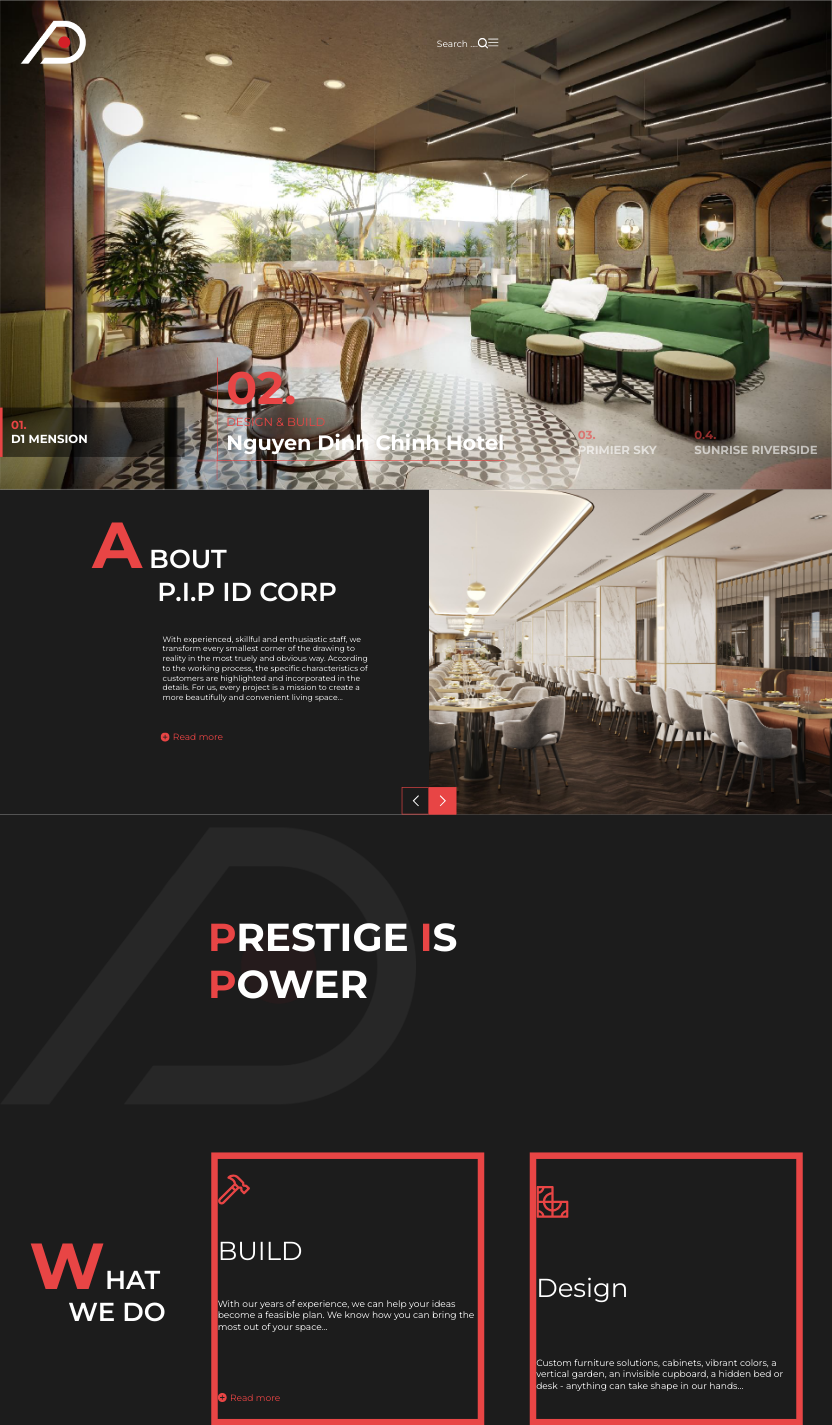
Repository: huudang2840/pipHomePage
Page: index.html
An editor plug-in stored every save of this project. The page is shown before and after the next save, followed by the edit.
The browser window is 1280 px wide. The pictures show the whole page, at 65% of full size.

Above is the page before, as saved 2023-03-21 15:17:20.

### index.html
<!DOCTYPE html>
<html lang="en">
  <head>
    <meta charset="UTF-8" />
    <meta http-equiv="X-UA-Compatible" content="IE=edge" />
    <meta name="viewport" content="width=device-width, initial-scale=1.0" />
    <title>Pip Home Page</title>

    <!-- CSS -->
    <link rel="stylesheet" href="style/style.css" />

    <!-- Fonts -->
    <link rel="preconnect" href="https://fonts.googleapis.com" />
    <link rel="preconnect" href="https://fonts.gstatic.com" crossorigin />
    <link
      href="https://fonts.googleapis.com/css2?family=Montserrat:wght@400;600;700&display=swap"
      rel="stylesheet"
    />
  </head>
  <body>
    <!-- Header -->
    <header class="header">
      <div class="header__img">
        <img src="/img/logo.png" alt="" />
      </div>
      <div class="header__option">
        <div class="option__search">
          <p>Search ....</p>
          <svg
            width="16"
            height="17"
            viewBox="0 0 16 17"
            fill="none"
            xmlns="http://www.w3.org/2000/svg"
          >
            <path
              d="M15.7189 14.9442L12.6438 11.8691C13.5758 10.6491 14.0869 9.16936 14.0871 7.60786C14.0871 5.72609 13.3542 3.95682 12.0234 2.62623C10.6928 1.29564 8.92376 0.562744 7.04176 0.562744C5.15999 0.562744 3.39072 1.29564 2.06013 2.62623C-0.68671 5.3733 -0.68671 9.84287 2.06013 12.5895C3.39072 13.9203 5.15999 14.6532 7.04176 14.6532C8.60326 14.653 10.0831 14.1419 11.3031 13.2099L14.3781 16.285C14.563 16.4701 14.8059 16.5627 15.0485 16.5627C15.2911 16.5627 15.5339 16.4701 15.7189 16.285C16.0892 15.9148 16.0892 15.3143 15.7189 14.9442ZM3.40091 11.2487C1.39344 9.24124 1.39368 5.97471 3.40091 3.96701C4.37339 2.99476 5.66649 2.4591 7.04176 2.4591C8.41726 2.4591 9.71012 2.99476 10.6826 3.96701C11.6551 4.93949 12.1908 6.23258 12.1908 7.60786C12.1908 8.98336 11.6551 10.2762 10.6826 11.2487C9.71012 12.2212 8.41726 12.7568 7.04176 12.7568C5.66649 12.7568 4.37339 12.2212 3.40091 11.2487Z"
              fill="white"
            />
          </svg>
        </div>
        <div class="option__lang"></div>
        <div class="option__menu">
          <svg
            width="16"
            height="13"
            viewBox="0 0 16 13"
            fill="none"
            xmlns="http://www.w3.org/2000/svg"
          >
            <path
              d="M16 10.9167V12.25H0V10.9167H16ZM16 5.58333V6.91667H0V5.58333H16ZM16 0.25V1.58333H0V0.25H16Z"
              fill="white"
            />
          </svg>
        </div>
        <div class="option__share"></div>
      </div>
    </header>

    <!-- Main -->
    <section>
      <div class="intro">
        <div class="intro__background">
          <img src="/img/page1.png" alt="" srcset="" id="masked" />
        </div>
        <div class="intro__list">
          <div class="list__left">
            <div>
              <span>
                <p>01.</p>
                <p>D1 Mension</p>
              </span>
            </div>
            <div>
              <span id="active_intro">
                <h1>02.</h1>
                <p>Design & build</p>
                <h1>Nguyen Dinh Chinh Hotel</h1>
                <div class="border__box"></div>
              </span>
            </div>
          </div>

          <div class="list__right">
            <div>
              <span>
                <p>03.</p>
                <p>Primier Sky</p>
              </span>
            </div>
            <div>
              <span>
                <p>0.4.</p>
                <p>Sunrise Riverside</p>
              </span>
            </div>
          </div>
        </div>
      </div>
      <div class="about">
        <div class="about__left">
          <span>
            <span>
              <h1><span class="text-red">A</span> bout</h1>
            </span>
            <h1 class="ml-100">P.I.P ID CORP</h1>
          </span>
          <span class="about__left__textaera">
            <p>
              With experienced, skillful and enthusiastic staff, we transform every smallest corner
              of the drawing to reality in the most truely and obvious way. According to the working
              process, the specific characteristics of customers are highlighted and incorporated in
              the details. For us, every project is a mission to create a more beautifully and
              convenient living space…
            </p>
          </span>
          <div class="read-more">
            <svg
              width="14"
              height="14"
              viewBox="0 0 14 14"
              fill="none"
              xmlns="http://www.w3.org/2000/svg"
            >
              <path
                d="M7 0C3.14005 0 0 3.14005 0 7C0 10.86 3.14005 14 7 14C10.86 14 14 10.86 14 7C14 3.14005 10.86 0 7 0ZM10.0625 7.5833H7.5833V10.0625C7.5833 10.3845 7.32204 10.6458 7 10.6458C6.67796 10.6458 6.4167 10.3845 6.4167 10.0625V7.5833H3.9375C3.61546 7.5833 3.3542 7.32204 3.3542 7C3.3542 6.67796 3.61546 6.4167 3.9375 6.4167H6.4167V3.9375C6.4167 3.61546 6.67796 3.3542 7 3.3542C7.32204 3.3542 7.5833 3.61546 7.5833 3.9375V6.4167H10.0625C10.3845 6.4167 10.6458 6.67796 10.6458 7C10.6458 7.32204 10.3845 7.5833 10.0625 7.5833Z"
                fill="#E84545"
              />
            </svg>
            <p>Read more</p>
          </div>
          <div class="arrow_prev">
            <svg
              width="11"
              height="18"
              viewBox="0 0 11 18"
              fill="none"
              xmlns="http://www.w3.org/2000/svg"
            >
              <path d="M10 17L2 9L10 1" stroke="white" stroke-width="1.6" />
            </svg>
          </div>
        </div>
        <div class="about__right">
          <img src="/img/about.jpeg" alt="" />
          <div class="arrow_next">
            <svg
              width="11"
              height="18"
              viewBox="0 0 11 18"
              fill="none"
              xmlns="http://www.w3.org/2000/svg"
            >
              <path d="M1 1L9 9L1 17" stroke="white" stroke-width="1.6" />
            </svg>
          </div>
        </div>
      </div>
      <div class="wedo">
        <div class="wedo__top">
          <div class="wedo__top__logo">
            <img src="/img/logo2.png" alt="" srcset="" />
          </div>
          <h2 class="wedo__top__text"><span>P</span>restige <span>i</span>s <span>P</span>ower</h2>
        </div>
        <div class="wedo__bottom">
          <span>
            <h1 class="wedo__bottom__text"><span class="text-red">W</span>hat</h1>
            <h1 class="wedo__bottom__text">We do</h1>
          </span>

          <div class="wedo__bottom__item selected">
            <!-- <img src="/img/wedo1.png" alt="" /> -->
            <svg
              width="50"
              height="48"
              viewBox="0 0 50 48"
              fill="none"
              xmlns="http://www.w3.org/2000/svg"
            >
              <path
                d="M48.9873 21.1033L44.931 17.0479C44.6268 16.7437 44.2209 16.5625 43.7911 16.5386L40.962 16.3804L40.8901 13.6863C40.8782 13.2385 40.6953 12.8113 40.3783 12.4951L32.3717 4.48853C30.1056 2.22241 27.0927 0.973145 23.8875 0.973145C23.8849 0.973145 23.8823 0.973145 23.8798 0.973145C20.6754 0.974854 17.6633 2.22412 15.3989 4.48853C14.9683 4.91919 14.7922 5.54126 14.9341 6.13257C15.0759 6.72559 15.5151 7.20068 16.0936 7.39038C22.7092 9.54797 24.1731 12.4049 24.6757 15.0402L2.11755 37.5984C-0.0357666 39.7517 -0.0357666 43.2551 2.11755 45.4084C4.27087 47.5618 7.77429 47.5618 9.92761 45.4084L28.4667 26.8694C28.4674 26.8686 28.4685 26.8684 28.4692 26.8677C28.47 26.8669 28.4702 26.8659 28.4709 26.8651L32.5843 22.7518L34.5305 22.804L34.6976 25.6372C34.7224 26.0645 34.9036 26.4695 35.2069 26.772L39.2632 30.8274C39.605 31.1692 40.0527 31.3401 40.5005 31.3401C40.9482 31.3401 41.396 31.1692 41.7378 30.8274L48.9873 23.5779C49.3154 23.2498 49.5 22.8054 49.5 22.3406C49.5 21.8757 49.3154 21.4314 48.9873 21.1033ZM38.1523 24.7673L37.978 21.8125C37.9532 21.3853 37.7721 20.9802 37.4688 20.6777L36.6296 19.8386C36.285 19.5467 35.8884 19.3765 35.4393 19.3259L32.6357 19.2507L28.1915 14.8074C27.6429 11.4988 26.0912 7.94067 20.2883 5.26782C21.3983 4.74829 22.6194 4.47485 23.8823 4.47314H23.8875C26.157 4.47314 28.2915 5.35669 29.8971 6.96313L37.4106 14.4758L37.4858 17.3025C37.5493 17.7349 37.6595 18.1839 37.9918 18.4919L37.9952 18.4886C37.9967 18.4901 37.997 18.4922 37.9985 18.4937L38.8265 19.3208C39.1307 19.625 39.5366 19.8062 39.9656 19.8301L42.929 19.9958L45.2754 22.3406L40.5005 27.1155L38.1523 24.7673ZM7.453 42.9338C6.66345 43.7234 5.38171 43.7234 4.59216 42.9338C3.80347 42.1443 3.80347 40.8625 4.59216 40.073L21.8961 22.7691L24.7569 25.6299L7.453 42.9338ZM27.2315 23.1553L24.3707 20.2945L26.5492 18.116L29.41 20.9768L27.2315 23.1553Z"
                fill="#E84545"
              />
            </svg>
            <h3>BUILD</h3>
            <p>
              With our years of experience, we can help your ideas become a feasible plan. We know
              how you can bring the most out of your space...
            </p>
            <div class="read-more">
              <svg
                width="14"
                height="14"
                viewBox="0 0 14 14"
                fill="none"
                xmlns="http://www.w3.org/2000/svg"
              >
                <path
                  d="M7 0C3.14005 0 0 3.14005 0 7C0 10.86 3.14005 14 7 14C10.86 14 14 10.86 14 7C14 3.14005 10.86 0 7 0ZM10.0625 7.5833H7.5833V10.0625C7.5833 10.3845 7.32204 10.6458 7 10.6458C6.67796 10.6458 6.4167 10.3845 6.4167 10.0625V7.5833H3.9375C3.61546 7.5833 3.3542 7.32204 3.3542 7C3.3542 6.67796 3.61546 6.4167 3.9375 6.4167H6.4167V3.9375C6.4167 3.61546 6.67796 3.3542 7 3.3542C7.32204 3.3542 7.5833 3.61546 7.5833 3.9375V6.4167H10.0625C10.3845 6.4167 10.6458 6.67796 10.6458 7C10.6458 7.32204 10.3845 7.5833 10.0625 7.5833Z"
                  fill="#E84545"
                />
              </svg>
              <p>Read more</p>
            </div>
          </div>
          <div class="wedo__bottom__item">
            <svg
              width="50"
              height="50"
              viewBox="0 0 50 50"
              fill="none"
              xmlns="http://www.w3.org/2000/svg"
            >
              <path
                d="M47.75 23.25H26.75V2.25C26.75 1.28357 25.9664 0.5 25 0.5H2.25C1.28357 0.5 0.5 1.28357 0.5 2.25V47.75C0.5 48.7164 1.28357 49.5 2.25 49.5H47.75C48.7164 49.5 49.5 48.7164 49.5 47.75V39V25C49.5 24.0336 48.7164 23.25 47.75 23.25ZM46 37.4081C41.6125 38.1488 38.1488 41.6125 37.4081 46H26.75V39.7627C33.554 38.9605 38.9605 33.554 39.7627 26.75H46V37.4081ZM46 46H40.9713C41.6062 43.5433 43.5433 41.6062 46 40.9713V46ZM4 12.5919C8.3875 11.8512 11.8512 8.3875 12.5919 4H23.25V10.2373C16.446 11.0395 11.0395 16.446 10.2373 23.25H4V12.5919ZM4 4H9.02869C8.3938 6.45667 6.45667 8.3938 4 9.02869V4ZM23.25 26.75V36.226C18.3799 35.4688 14.5312 31.6201 13.774 26.75H23.25ZM26.75 26.75H36.2408C35.4855 31.6218 31.6204 35.4564 26.75 36.2148V26.75ZM23.25 23.25H13.7852C14.5436 18.3796 18.3782 14.5145 23.25 13.7592V23.25ZM4 46V40.9713C6.45667 41.6062 8.3938 43.5433 9.02869 46H4ZM4 37.4081V26.75H10.2373C11.0395 33.554 16.446 38.9605 23.25 39.7627V46H12.5919C11.8512 41.6125 8.3875 38.1488 4 37.4081Z"
                fill="#E84545"
              />
            </svg>
            <h3>Design</h3>
            <p>
              Custom furniture solutions, cabinets, vibrant colors, a vertical garden, an invisible
              cupboard, a hidden bed or desk - anything can take shape in our hands...
            </p>
          </div>
        </div>
      </div>
      <div class="projects"></div>
      <div class="customer"></div>
      <div class="contact"></div>
    </section>

    <!-- Footer -->
    <footer></footer>
  </body>
  <script src="/js/index.js"></script>
</html>

### style/style.css
:root {
  --color-bg: #1c1c1c;
  --color-red: #e84545;
}
* {
  margin: 0;
  padding: 0;
  color: white;
  font-family: "Montserrat", sans-serif;
  font-size: 14px;
  font-weight: 400;
  list-style: none;
}
/* Header */
.header {
  position: fixed;
  display: flex;
  width: 100%;
  background-color: transparent;
  justify-content: space-between;
  align-items: center;
  z-index: 10;
  padding: 32px;
}
.header__img {
  flex: 1;
}
.header__img > img {
  width: 100px;
  height: 66px;
}
#masked {
  z-index: 10;
  /* background-color: black; */
  /* background: radial-gradient(50% 50% at 50% 50%, rgba(0, 0, 0, 0) 0%, #000000 100%); */

  /* -webkit-mask-image: radial-gradient(
    circle at 50% 50%,
    rgb(0, 0, 0) 40%,
    rgba(0, 0, 0, 0.617) 70%
  ); */

  /* -webkit-mask-image: radial-gradient(circle at center, red 0, blue, green 100%); */
}

.header__option {
  flex: 1;
  width: 100px;
  height: 66px;
  display: flex;
  align-items: center;
}

.option__search {
  display: flex;
}
.option__menu {
  width: 50px;
}

/* Intro */
.intro {
  position: relative;
}
.intro__background {
  height: 100%;
  width: 100%;
}

.intro__background > img {
  width: 100%;
  object-fit: cover;
  display: block;
}
.intro__list {
  display: flex;
  width: 100%;
  position: absolute;
  bottom: 50px;
  justify-content: space-between;
}

.intro__list span {
  height: 100%;
  display: flex;
  flex-direction: column;
  justify-content: center;
  padding-left: 13px;
}
.intro__list span > * {
  font-size: 18px;
  font-weight: 700;
  text-transform: uppercase;
  z-index: 10;
}
.intro__list span > p:nth-child(1) {
  color: var(--color-red);
}
.list__left {
  display: flex;
  flex: 2;
}
.list__left div:nth-child(1) {
  height: 76px;
  width: 280px;
  align-self: end;
  border-left: 4px solid var(--color-red);
  background: rgb(0, 0, 0, 0.5);
}

.list__right {
  display: flex;
  flex: 1;
  align-self: flex-end;
  opacity: 0.6;
  justify-content: space-around;
}

#active_intro {
  margin-left: 50px;
  border-bottom: 1px solid var(--color-red);
  border-left: 1px solid var(--color-red);
  position: relative;
  padding-bottom: 5px;
}
#active_intro h1:nth-child(1) {
  font-size: 70px;
  color: var(--color-red);
}
#active_intro p {
  font-size: 18px;
  font-weight: 400;
  color: var(--color-red);
}
#active_intro h1:nth-child(3) {
  font-size: 32px;
  text-transform: none;
}

.border__box {
  position: absolute;
  left: -31px;
  bottom: -31px;
  height: 30px;
  width: 30px;
  border-top: 1px solid var(--color-red);
  border-right: 1px solid var(--color-red);
}
/* About */
.about {
  background-color: var(--color-bg);
  display: flex;
  height: 500px;
}
.about__left {
  flex: 1;
  padding-top: 60px;
  display: flex;
  flex-direction: column;
  align-items: center;
  position: relative;
}
.arrow_prev {
  display: flex;
  position: absolute;
  height: 40px;
  width: 40px;
  border: 1.6px solid var(--color-red);
  align-items: center;
  justify-content: center;
  bottom: 0;
  right: 0;
}
.text-red {
  font-weight: 700;
  font-size: 100px;
  /* line-height: 195px; */
  color: var(--color-red);
}
.about__left h1 {
  font-weight: 600;
  font-size: 40px;
  text-transform: uppercase;
  line-height: 50px;
}
.text-about {
  display: flex;
}
.about__right {
  flex: 1;
  position: relative;
}
.arrow_next {
  display: flex;
  position: absolute;
  height: 40px;
  width: 40px;
  border: 1.6px solid var(--color-red);
  background-color: var(--color-red);
  align-items: center;
  justify-content: center;
  bottom: 0;
  left: 1;
}
.about__right > img {
  height: 100%;
  width: 100%;
  object-fit: cover;
}
.about__left__textaera {
  margin-top: 40px;
}
.about__left__textaera p {
  margin-left: 250px;
  margin-right: 90px;
  width: 320px;
  overflow-wrap: break-word;
  font-size: 12px;
}
.read-more {
  display: flex;
  margin-top: 45px;
  margin-right: 70px;
  align-items: center;
}
.read-more p {
  margin-left: 5px;
  color: var(--color-red);
}
.ml-100 {
  margin-left: 100px;
}

/* Wedo */
.wedo {
  background-color: var(--color-bg);
}
.wedo__top {
  position: relative;
  width: 100%;
}

.wedo__top__logo {
  padding-top: 20px;
  opacity: 0.05;
  width: 50%;
}
.wedo__top__text {
  position: absolute;
  top: 50%;
  left: 50%;
  /* width: 100%; */
  transform: translate(-50%, -50%);
  font-weight: 700;
  font-size: 60px;
  text-transform: uppercase;
}

.wedo__top__text span {
  font-weight: 700;
  font-size: 60px;
  color: var(--color-red);
}

.wedo__top__logo img {
  width: 100%;
  height: 100%;
}
.wedo__bottom {
  display: flex;
  align-items: center;
  justify-content: center;
  padding-top: 70px;
}
.wedo__bottom__text:nth-child(2) {
  margin-left: 60px;
}
.wedo__bottom__item {
  height: 400px;
  width: 400px;
  border: 10px solid var(--color-red);
  margin-left: 70px;
  display: flex;
  flex-direction: column;
  justify-content: space-around;
}
.wedo__bottom__item > * {
  /* padding: 40px; */
}
.wedo__bottom__item h3 {
  font-size: 40px;
}

.wedo__bottom h1 {
  font-weight: 600;
  font-size: 40px;
  text-transform: uppercase;
  line-height: 50px;
}

Loaded but not shown: js/index.js (no copy from this time; the picture is the same without it)

After the next save:
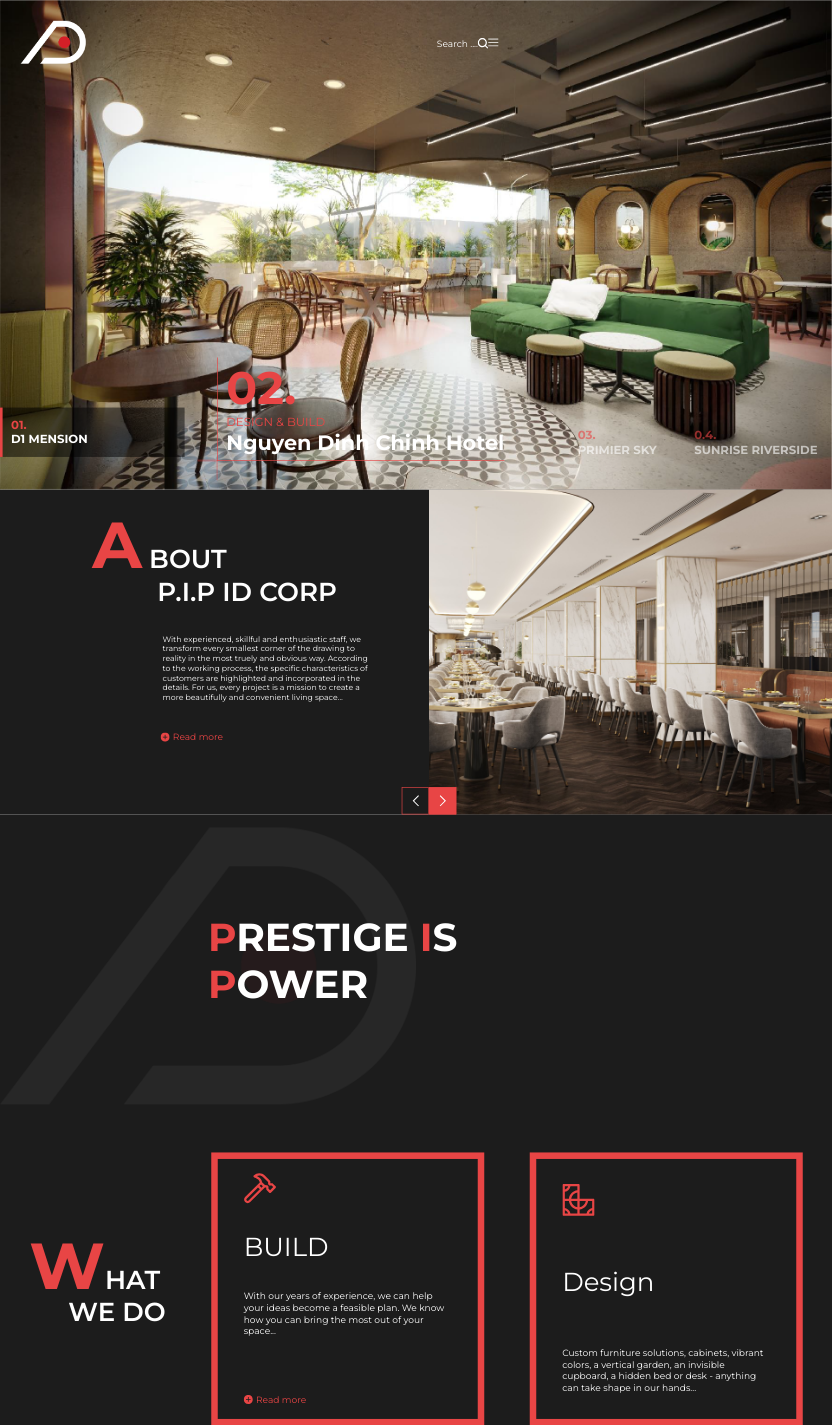
Saved 8 s later.
--- a/style/style.css
+++ b/style/style.css
@@ -285,7 +285,7 @@
   justify-content: space-around;
 }
 .wedo__bottom__item > * {
-  /* padding: 40px; */
+  padding: 0 40px;
 }
 .wedo__bottom__item h3 {
   font-size: 40px;
